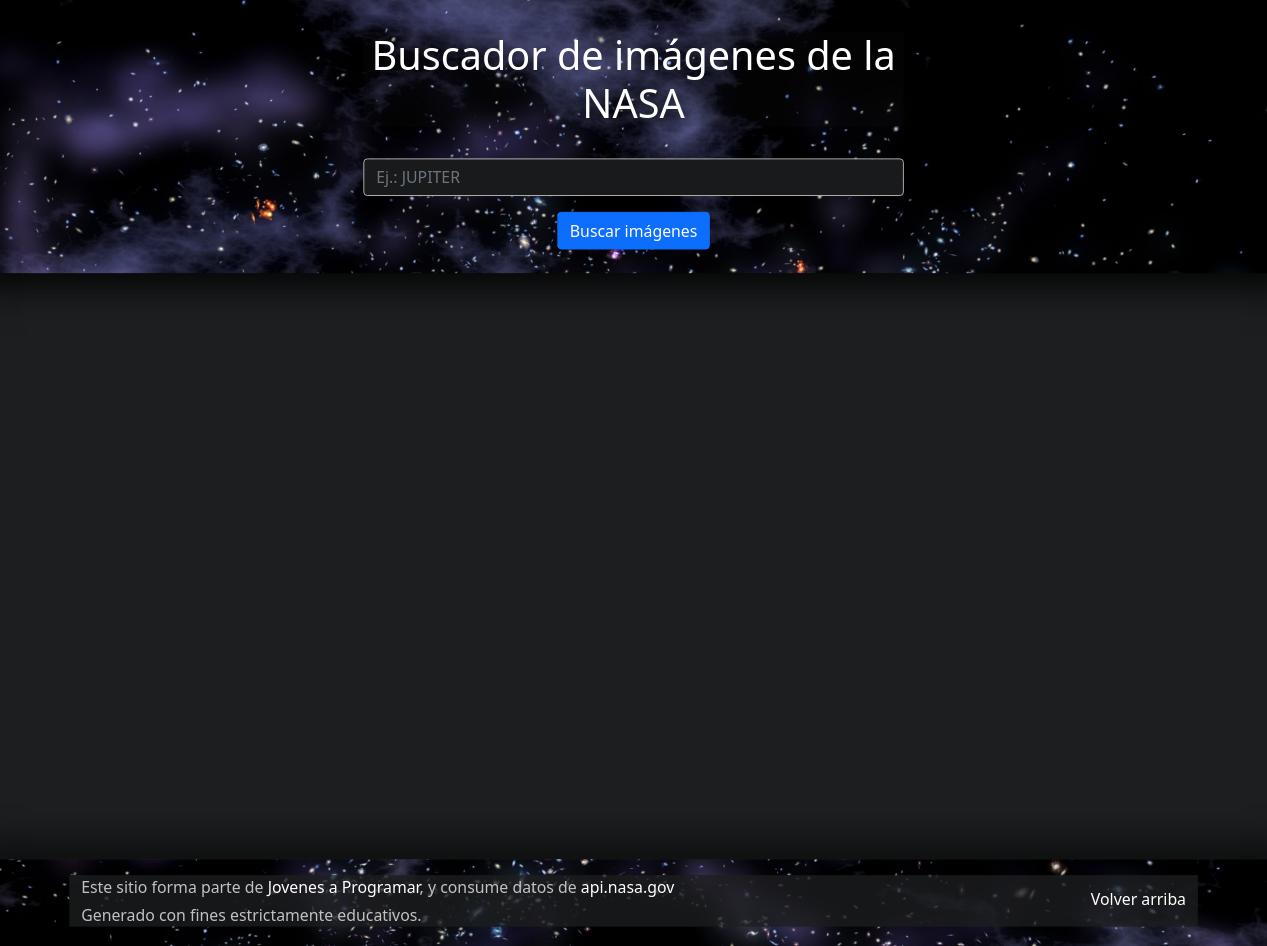
Repository: romancegirl/galaxies
Page: index.html
These files come from the project's save history. The page is drawn as it stood at one moment and after the next save; the edit follows.
The browser window is 1280 px wide. The pictures show the whole page, at 99% of full size.

Above is the page before, as saved 2024-11-30 05:58:10.

### index.html
<!doctype html>
<html lang="es">

<head>
  <meta charset="utf-8">
  <meta name="viewport" content="width=device-width, initial-scale=1">
  <title>Buscador de imágenes de la NASA</title>

  <link href="css/bootstrap.min.css" rel="stylesheet">
  <link rel="stylesheet" href="css/style.css">
</head>

<body>

  <header>
    <div id="intro">
      <div class="text-center container">
        <div class="row py-lg-3">
          <div class="col-lg-6 col-md-8 mx-auto" id="beggining">
            <h1 class="fw-light">Buscador de imágenes de la NASA</h1>
            <input type="search" class="form-control" name="buscar" id="inputBuscar" placeholder="Ej.: JUPITER">
            <button class="btn btn-primary my-2" id="btnBuscar">Buscar imágenes</button>
          </div>
        </div>
      </div>
    </div>
  </header>

  <main>
    <div id="contenedor">
    </div>
  </main>


  <footer class="text-muted py-3">
    <div class="container back">
      <p class="float-end mb-1">
        <a href="#">Volver arriba</a>
      </p>
      <p class="mb-1">Este sitio forma parte de <a href="https://jovenesaprogramar.edu.uy/" target="_blank">
          Jovenes a Programar</a>, y consume datos de <a href="https://api.nasa.gov/" target="_blank">
          api.nasa.gov</a></p>
      <p class="mb-1">Generado con fines estrictamente educativos.</p>
    </div>
  </footer>

  <script src="https://cdn.jsdelivr.net/npm/bootstrap@5.3.1/dist/js/bootstrap.bundle.min.js"></script>
  <script src="js/space.js"></script>

</body>

</html>

### css/style.css
header {
    background-image: url(/img/header.png);
    background-size: cover;
    bottom: 0;
    width: 100%;
    box-shadow: 0 0 30px 20px rgba(0, 0, 0, 0.5);
}

body {
    background-color: #1C1E1F;
    color: #B2B1B0;
    display: flex;
    flex-direction: column;
    min-height: 100vh;
}

main {
    min-height: calc(100vh - 160px);
    flex-grow: 1;
}


#intro {
    padding-top: 1rem;
    position: relative;
    box-shadow: 0 0 20px 10px rgba(0, 0, 0, 0.5);
}

h1 {
    margin-bottom: 2rem;
    color: #fff;
    background-color: #1c1e1f1d;
}

#inputBuscar {
    margin-bottom: 0.5rem;
}

input[type="search"] {
    background-color: #181A1B;
    border: 1px solid #B2B1B0;
    color: #B2B1B0;
}

input[type="search"]:focus {
    box-shadow: 0 0 5px #2D79CC;
    background-color: #181A1B;
    border: 1px solid #2D79CC;
    color: #B2B1B0;
}

.form-control {
    margin-bottom: 0.5rem;
}


#contenedor {
    display: flex;
    flex-wrap: wrap;
    justify-content: center;
    align-items: center;
    gap: 1rem;
    margin: 0 auto;
    max-width: 1200px;
    padding: 1rem;
}

.card {
    width: 22rem;
    height: 500px;
    display: flex;
    flex-direction: column;
    overflow: hidden;
    margin-top: 2rem;
    background-color: #181A1B;
    color: #c3c2c2;
    box-shadow: 0 0 4px 4px #2d7acc66;
}




.card-img-top {
    width: 100%;
    height: 250px;
    object-fit: cover;
    margin-bottom: 0.8rem;
}

.card-body {
    height: 250px;
    overflow-y: auto;
    padding: 1rem;
}

.card-text {
    display: -webkit-box;
    -webkit-line-clamp: 3;
    -webkit-box-orient: vertical;
    overflow: hidden;
    transition: all 0.3s ease-in-out;
}

.card-text.more {
    -webkit-line-clamp: 3;
    overflow: hidden;
}

.card-text.full {
    -webkit-line-clamp: unset;
    overflow: visible;
}

#more {
    cursor: pointer;
    color: #007bff;
    text-decoration: none;
    display: block;
    margin-top: 10px;
}



footer {
    background-image: url(/img/footer.png);
    background-size: cover;
    bottom: 0;
    width: 100%;
    margin-top: 2rem;
    box-shadow: 0 0 30px 20px rgba(0, 0, 0, 0.5);
}

footer p {
    color: #c3c2c2
}

footer a {
    color: #ffffff;
    text-decoration: none;
}

footer a:hover {
    color: #9b9a9b;
    transform: scale(1.05);
    transition: color 0.3s, text-shadow 0.3s;
}

footer .float-end {
    transform: translateY(50%);
}

.back {
    background-color: #1c1e1fca;
    width: 100%;
}



@media (max-width: 1199px) {

    .col-md-6,
    .col-md-4 {
        flex: 0 0 50%;
        max-width: 50%;
    }
}

@media (max-width: 767px) {

    .col-md-6,
    .col-md-4,
    .col-lg-4 {
        flex: 0 0 100%;
        max-width: 100%;
    }
}

### js/space.js
// Función para alternar la visibilidad del texto
function toggleDescription(button) {
    const cardBody = button.closest('.card-body');
    const descriptionText = cardBody.querySelector('.card-text');

    // Alternar clases entre "more" y "full" en el texto de la descripción
    if (descriptionText.classList.contains('more')) {
        descriptionText.classList.remove('more');
        descriptionText.classList.add('full');
        button.textContent = 'Ver menos'; // Cambiar el texto del botón
    } else {
        descriptionText.classList.remove('full');
        descriptionText.classList.add('more');
        button.textContent = 'Ver más'; // Cambiar el texto del botón
    }
}

// Asegúrate de que el evento de clic esté correctamente asignado en el HTML generado
const inputBuscar = document.getElementById('inputBuscar');
const btnBuscar = document.getElementById('btnBuscar');
const contenedor = document.getElementById('contenedor');

const searchNASAImages = async () => {
    const query = inputBuscar.value.trim();

    if (!query) {
        alert('Por favor, ingresa un término de búsqueda.');
        return;
    }

    const nasaAPI = `https://images-api.nasa.gov/search?q=${query}`;

    try {
        const response = await fetch(nasaAPI);
        const data = await response.json();

        const items = data.collection.items;
        if (!items || items.length === 0) {
            contenedor.innerHTML = `
            <h3><strong>No hemos encontrado información relacionada a "${query}".</strong></h3>`;
            return;
        }

        contenedor.innerHTML = '';

        const row = document.createElement('div');
        row.className = 'row';

        items.forEach((item) => {
            const { title, description, date_created } = item.data[0];
            const imageUrl = item.links?.[0]?.href || 'https://via.placeholder.com/150';

            // Crear la tarjeta
            const card = document.createElement('div');
            // Ajuste de clases según tus requisitos:
            card.className = 'col-md-6 col-lg-4';

            // Contenido de la tarjeta
            card.innerHTML = `
                <div class="card">
                    <img src="${imageUrl}" class="card-img-top" alt="${title}">
                    <div class="card-body">
                        <h5 class="card-title">${title}</h5>
                        <p class="card-text more">${description || 'Descripción no disponible.'}</p>
                        ${description && description.length > 200 ? '<button class="btn btn-link" onclick="toggleDescription(this)">Ver más</button>' : ''}
                        <p class="card-text"><small class="text-muted">Fecha: ${new Date(date_created).toLocaleDateString()}</small></p>
                    </div>
                </div>
            `;

            const descriptionText = card.querySelector('.card-text');
            const moreButton = card.querySelector('#more');
            if (!description || description.length <= 200) {
                if (moreButton) {
                    moreButton.style.display = 'none';
                }
                descriptionText.classList.add('full');
            }

            row.appendChild(card);
        });

        contenedor.appendChild(row);
    } catch (error) {
        console.error('Error al obtener datos:', error);
        contenedor.innerHTML = `<p class="text-center text-danger">Ocurrió un error al obtener los datos.</p>`;
    }
};

btnBuscar.addEventListener('click', searchNASAImages);
inputBuscar.addEventListener('keydown', (event) => {
    if (event.key === 'Enter') {
        event.preventDefault();
        searchNASAImages();
    }
});

Loaded but not shown: css/bootstrap.min.css (library)

After the next save:
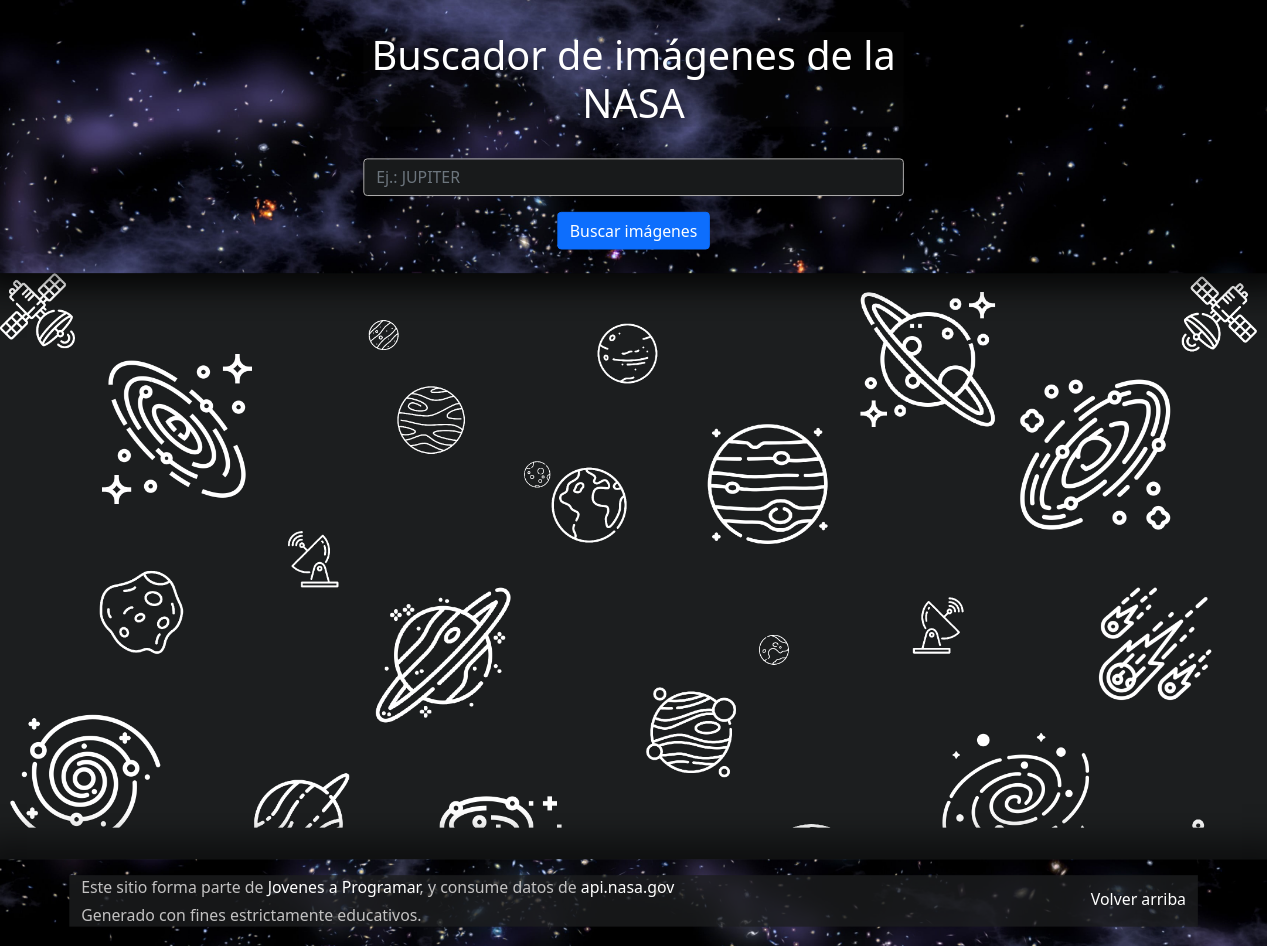
Saved 116 s later.
--- a/css/style.css
+++ b/css/style.css
@@ -17,6 +17,8 @@
 main {
     min-height: calc(100vh - 160px);
     flex-grow: 1;
+    background-image: url(/img/background.png);
+    background-size: cover;
 }
 
 
